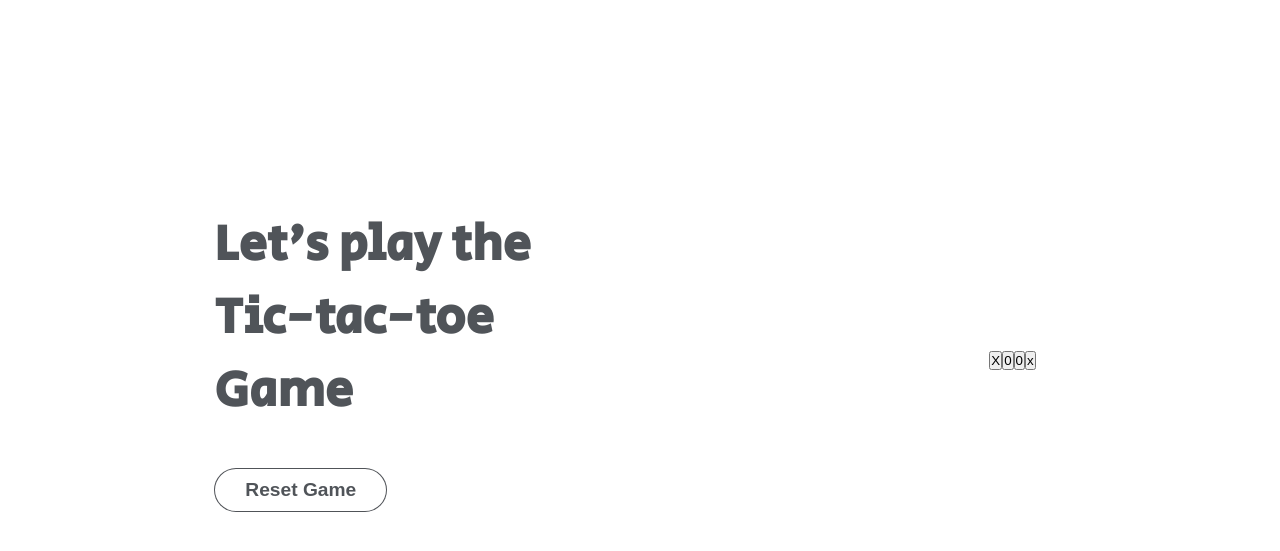
Repository: evergreenx/tic-tac
Page: /
These files come from the project's save history. The page is drawn as it stood at one moment and after the next save; the edit follows.
The browser window is 1280 px wide. The pictures show the whole page.
The project was rebuilt for these pictures with package versions that can differ from the ones it lists, and the page was loaded fresh each time.

Above is the page before, as saved 2022-04-21 13:59:52.

After the next save:
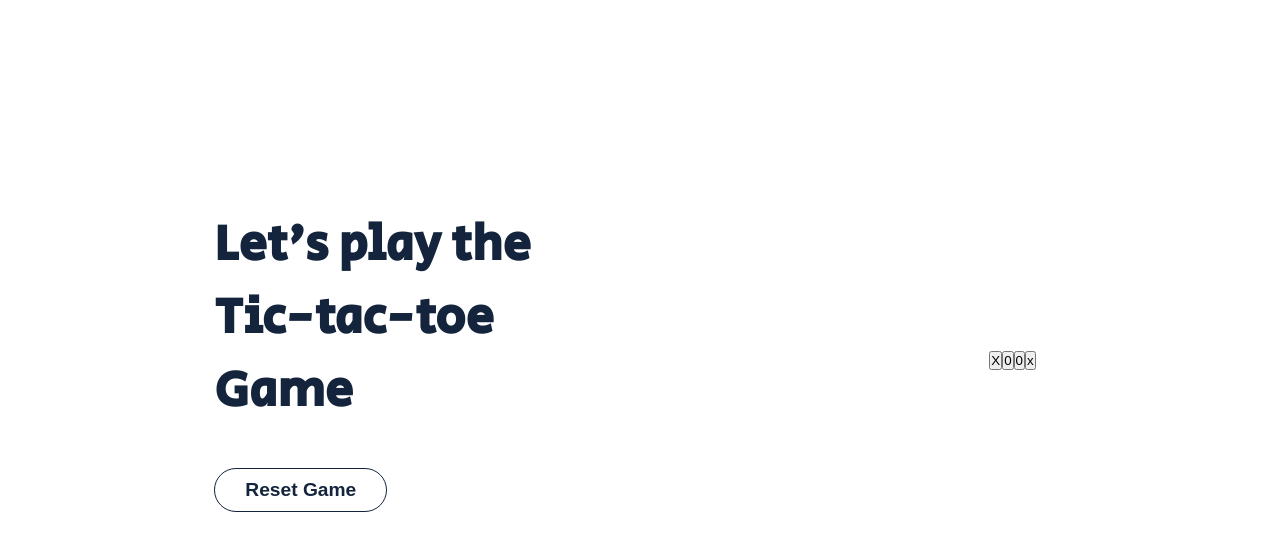
Saved 38 s later.
--- a/src/index.scss
+++ b/src/index.scss
@@ -1,5 +1,5 @@
 
-$primary-color: #02070eb0;
+$primary-color: #13243C;
 
 @import url("https://fonts.googleapis.com/css2?family=Anton&family=Secular+One&display=swap");
 
